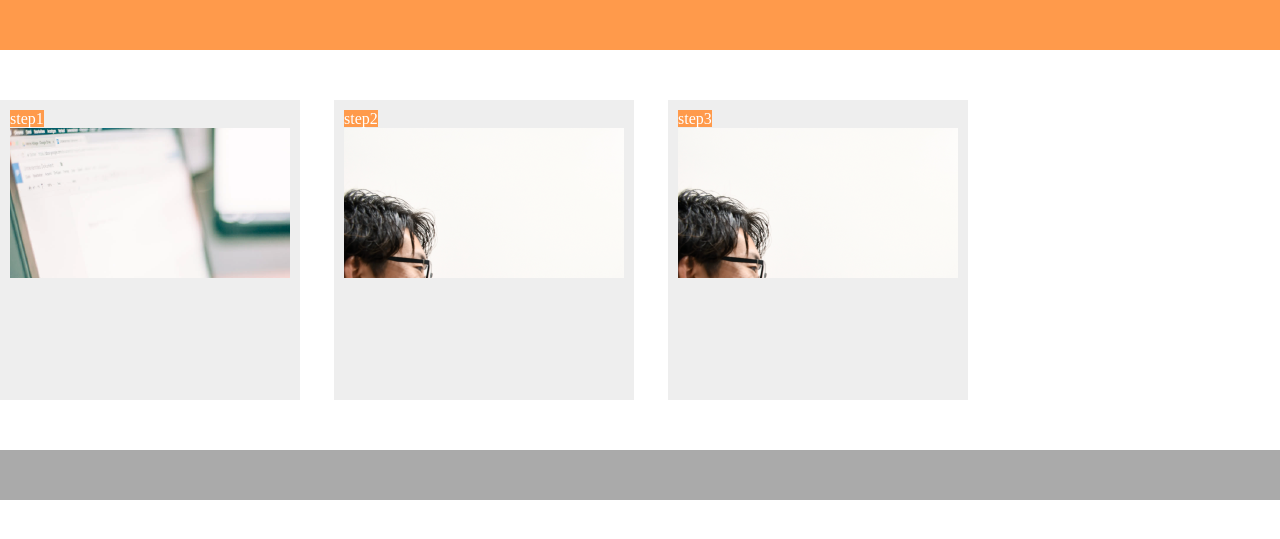
Repository: kiruha313/DWC
Page: exersise9/index.html
The author's editor kept a record of every edit. The page is drawn from the files as they stood at one moment, then again after the next edit.
The browser window is 1280 px wide. The pictures show the whole page.

Above is the page before.

After the next edit:
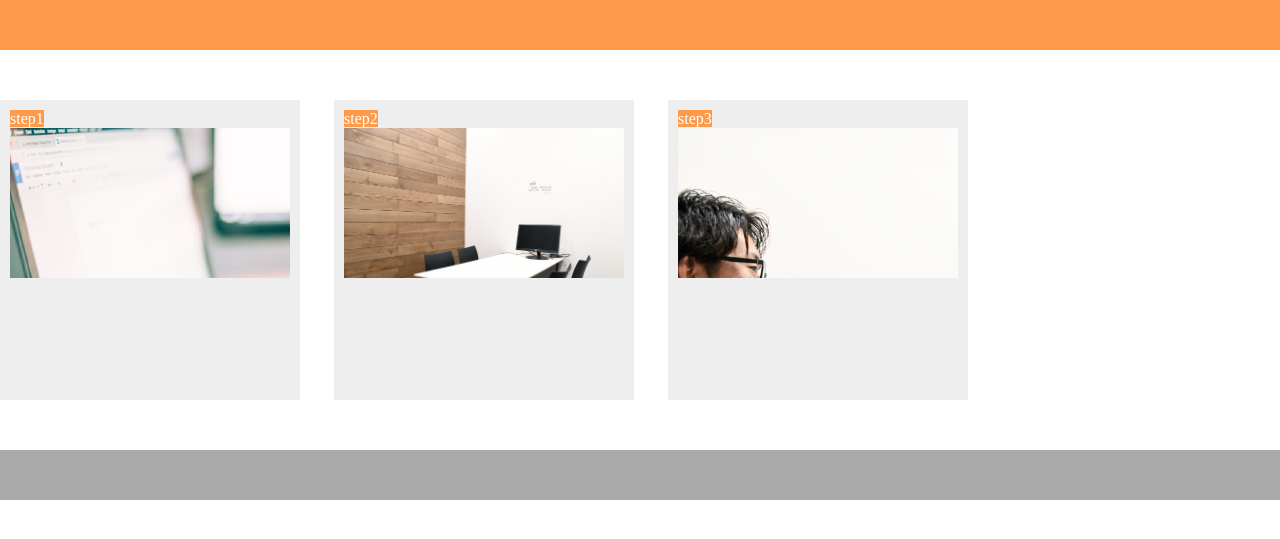
The edit:
--- a/exersise9/index.html
+++ b/exersise9/index.html
@@ -15,8 +15,8 @@
     </div>
 
     <div class="step">
-      <span class="step3">step2</span>
-      <div class="step3-img"></div>
+      <span class="step2">step2</span>
+      <div class="step2-img"></div>
     </div>
 
     <div class="step">
